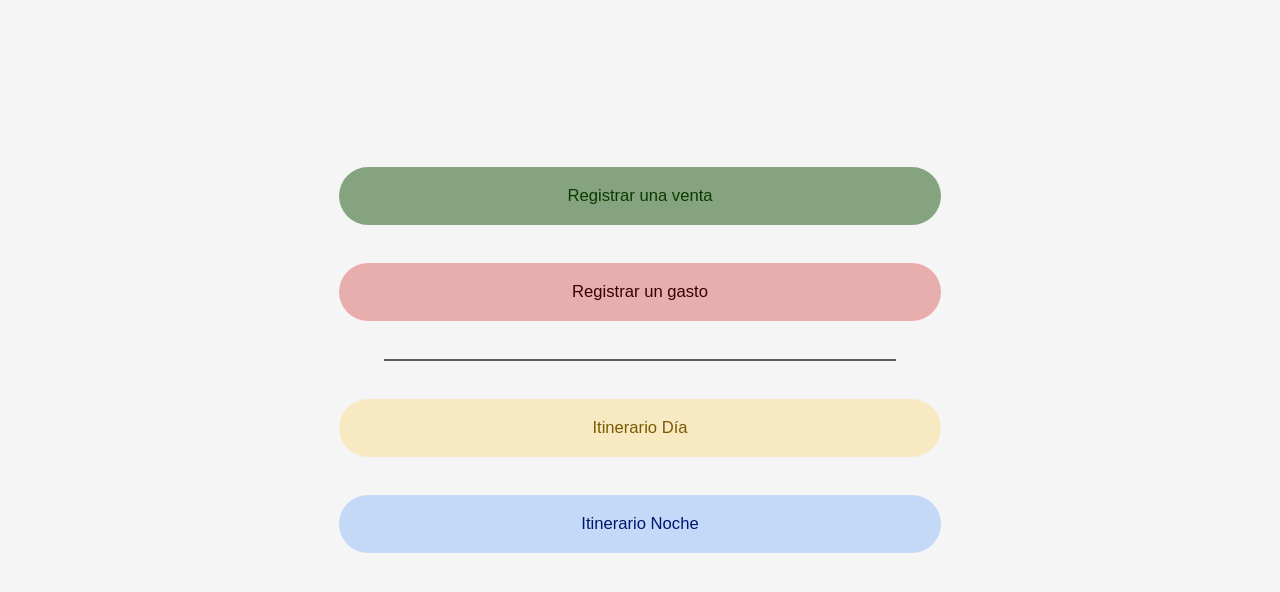
Repository: aCoupon0/intranet
Page: index.html
These files come from the project's save history. The page is drawn as it stood at one moment and after the next save; the edit follows.
The browser window is 1280 px wide. The pictures show the whole page.

Above is the page before, as saved 2024-11-29 11:56:31.

### index.html
<!DOCTYPE html>
<html lang="es">
<head>
    <meta charset="UTF-8">
    <meta name="viewport" content="width=device-width, initial-scale=1.0">
    <title>Intranet DermaBox</title>
    <link rel="stylesheet" href="css/main.css">
</head>
<body>
    <button class="venta">Registrar una venta</button>
    <button class="gasto">Registrar un gasto</button>
    <div class="separador"></div>
    <button class="dia">Itinerario Día</button>
    <button class="noche">Itinerario Noche</button>
</body>
</html>

### css/main.css
/* main.css */
body {
    font-family: 'Roboto', system-ui, -apple-system, BlinkMacSystemFont, 'Segoe UI', sans-serif;
    margin: 0;
    padding: 0;
    display: flex;
    justify-content: center;
    align-items: center;
    height: 100vh;
    flex-direction: column;
    background-color: #f5f5f5;
    color: #333;
    gap: 3vw;
}
h1 {
    font-size: 2rem;
}

button {
    width: 47%;
    height: 8vh;
    border: none;
    border-radius: 10vw;
    font-size: 1.3vw;
}

button:hover {
    background-color: rgba(0, 0, 0, 0.48);
    color: white;
}

.separador {
    width: 40%;
    height: 2px;
    background-color: #5c5c5c;
    border: 5vw;
}

.venta {
    background-color: rgba(14, 76, 0, 0.484);
    color: rgb(11, 58, 0);
}

.gasto {
    background-color: rgba(202, 0, 0, 0.294);
    color: rgb(58, 0, 0);
}

.dia {
    background-color: rgba(255, 192, 1, 0.203);
    color: rgb(123, 90, 0);
}

.noche {
    background-color: rgba(1, 107, 255, 0.203);
    color: rgb(0, 22, 109);
}

After the next save:
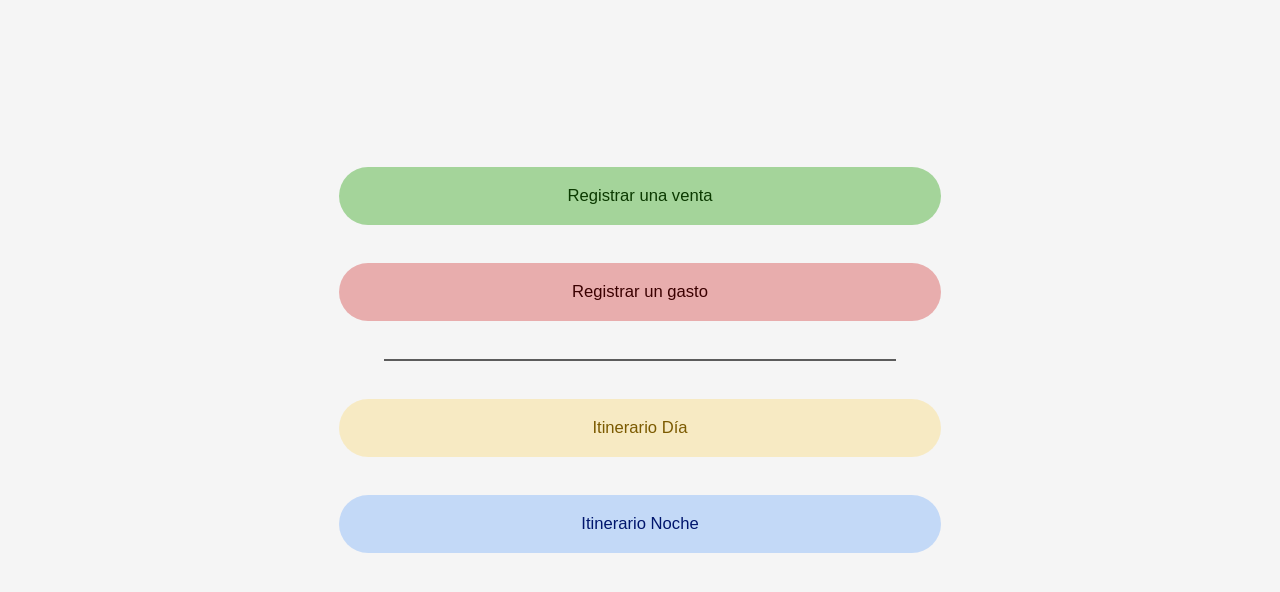
Saved 12 s later.
--- a/css/main.css
+++ b/css/main.css
@@ -37,7 +37,7 @@
 }
 
 .venta {
-    background-color: rgba(14, 76, 0, 0.484);
+    background-color: rgba(28, 155, 0, 0.372);
     color: rgb(11, 58, 0);
 }
 
